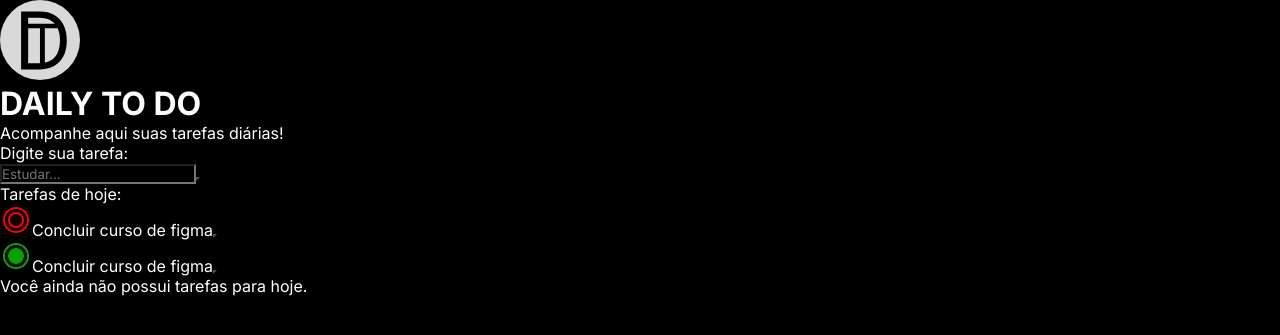
Repository: LuizAGDomingues/my-todoapp-vuejs
Page: /
These files come from the project's save history. The page is drawn as it stood at one moment and after the next save; the edit follows.
The browser window is 1280 px wide. The pictures show the whole page.
Some icons come from a web library that is not loaded, so they are not drawn. The project was rebuilt for these pictures with package versions that can differ from the ones it lists, and the page was loaded fresh each time. Also part of the build but not shown: vite.config.ts, src/components/EditModal.vue.

Above is the page before, as saved 2022-12-07 13:41:21.

### index.html
<!DOCTYPE html>
<html lang="en">
  <head>
    <meta charset="UTF-8">
    <link rel="icon" href="/favicon.ico">
    <link rel="preconnect" href="https://fonts.googleapis.com">
    <link rel="preconnect" href="https://fonts.gstatic.com" crossorigin>
    <link href="https://fonts.googleapis.com/css2?family=Inter:wght@400;600;700&family=Roboto&display=swap" rel="stylesheet">
    <meta name="viewport" content="width=device-width, initial-scale=1.0">
    <title>Todo Daily App</title>
    <script src="https://unpkg.com/phosphor-icons"></script>
  </head>
  <body>
    <div id="app"></div>
    <script type="module" src="/src/main.ts"></script>
  </body>
</html>

### src/main.ts
import { createApp } from 'vue'
import App from './App.vue'
import './sass/style.css'
import store from './store'


createApp(App).use(store).mount('#app')

### src/App.vue
<script lang="ts">
import Logo from './components/Logo.vue'
import Modal from './components/EditModal.vue'
import Radiobutton from './components/Radiobutton.vue'

export default {
  components: {
    Logo,
    Radiobutton,
    Modal,
  },
  name: "App",
  data(){
    return {
      title: '',
      openModal: false,
    }
  },
  methods: {
    addTodo(){
      if(!this.title){
        return false;
      }
      this.$store.commit('storeTodo', {
        title: this.title,
        isCompleted: false,
      })
      this.title = ''
    },
  },
}

</script>

<template>
  <div class="container">

    <header>
      <logo />
      <h1 class="title">DAILY TO DO</h1>
      <i class="ph-lightbulb logo-ph-size"></i>
    </header>

    <span class="subtitle">Acompanhe aqui suas tarefas diárias!</span>

    <form class="input" @submit.prevent="addTodo">
      <label class="input-label">Digite sua tarefa:</label>
      <div class="input-container">
        <i class="ph-notepad input-container-icon"></i>
        <input class="input-container-box" type="text" placeholder="Estudar..." v-model="title" />
        <button class="input-button" type="submit"><i class="ph-check-square input-button-icon"></i></button>
      </div>
    </form>

    <span>Tarefas de hoje:</span>

    <section class="tasks">
      <div class="tasks-container">
        <radiobutton />
        <span class="tasks-text-unchecked">Concluir curso de figma</span>
        <button class="tasks-timer">
          <i class="ph-timer"></i>
        </button>
      </div>
      <div class="tasks-container">
        <radiobutton checked/>
        <span class="tasks-text-checked">Concluir curso de figma</span>
        <button class="tasks-timer">
          <i class="ph-timer timer-checked"></i>
        </button>
      </div>
    </section>

    <section class="empty">
      <span class="empty-text">Você ainda não possui tarefas para hoje.</span>
    </section>

  </div>

  <Modal v-if="openModal" />

</template>

### src/sass/style.css
* {
  margin: 0;
  padding: 0;
  background-color: #000000;
  color: #ffffff;
  font-family: "Inter", sans-serif;
  -webkit-font-smoothing: antialiased;
}/*# sourceMappingURL=style_20221205105253.css.map */

### src/store/index.ts
import { createStore } from 'vuex'

interface StoreProps {
  id: number,
  title: string,
  isCompleted: boolean,
  timePass?: number,
}

export default createStore({
  state: {
    todos: <StoreProps[]>[]
  },
  mutations: {
    storeTodos( state, payload ){
      state.todos = payload;
    },
    storeTodo( state, payload ){
      const lastTodo = state.todos[state.todos.length - 1]
      if(lastTodo){
        payload.id = lastTodo.id + 1
      } else {
        payload.id = 0
      }
      state.todos.push(payload)
    },
    updateTodo( state, payload ){
      const index = state.todos.findIndex(todo => todo.id === payload.id);
      if(index >= 0){
        state.todos.splice(index, 1, payload);
      }
    },
    deleteTodo( state, id ){
      const index = state.todos.findIndex(todo => todo.id === id);
      if(index >= 0){
        state.todos.splice(index, 1);
      }
    },
  },
})

### src/components/Logo.vue
<template>
  <svg width="80" height="80" viewBox="0 0 100 100" fill="none" xmlns="http://www.w3.org/2000/svg">
    <circle cx="50" cy="50" r="50" fill="#D9D9D9"/>
    <path d="M48.8125 87H26.3693V14.2727H49.8068C56.8617 14.2727 62.8987 15.7287 67.9176 18.6406C72.9366 21.5289 76.7836 25.6837 79.4588 31.1051C82.134 36.5028 83.4716 42.9659 83.4716 50.4943C83.4716 58.0701 82.1222 64.5923 79.4233 70.0611C76.7244 75.5062 72.7945 79.6965 67.6335 82.6321C62.4725 85.544 56.1989 87 48.8125 87ZM35.1761 79.1875H48.2443C54.2576 79.1875 59.241 78.0275 63.1946 75.7074C67.1482 73.3873 70.0956 70.0848 72.0369 65.7997C73.9782 61.5147 74.9489 56.4129 74.9489 50.4943C74.9489 44.6231 73.9901 39.5687 72.0724 35.331C70.1548 31.0696 67.2902 27.8026 63.4787 25.5298C59.6671 23.2334 54.9205 22.0852 49.2386 22.0852H35.1761V79.1875Z" fill="black"/>
    <path d="M34.1971 35.2088V29.8182H71.8335V35.2088H56.0537V80H49.977V35.2088H34.1971Z" fill="black"/>
  </svg>
</template>

<script lang="ts">
export default{
  name: "Logo"
}
</script>

<style scoped>

</style>

### src/components/Radiobutton.vue
<template>

  <svg v-if="checked" width="32" height="32" viewBox="0 0 32 32" fill="none" xmlns="http://www.w3.org/2000/svg">
    <path d="M16 28C22.6274 28 28 22.6274 28 16C28 9.37258 22.6274 4 16 4C9.37258 4 4 9.37258 4 16C4 22.6274 9.37258 28 16 28Z" stroke="#03A500" stroke-width="2" stroke-linecap="round" stroke-linejoin="round"/>
    <path d="M16 23C19.866 23 23 19.866 23 16C23 12.134 19.866 9 16 9C12.134 9 9 12.134 9 16C9 19.866 12.134 23 16 23Z" fill="#03A500" stroke="#03A500" stroke-width="2" stroke-linecap="round" stroke-linejoin="round"/>
  </svg>
  <svg v-else width="32" height="32" viewBox="0 0 32 32" fill="none" xmlns="http://www.w3.org/2000/svg">
    <path d="M16 28C22.6274 28 28 22.6274 28 16C28 9.37258 22.6274 4 16 4C9.37258 4 4 9.37258 4 16C4 22.6274 9.37258 28 16 28Z" stroke="#FF0000" stroke-width="2" stroke-linecap="round" stroke-linejoin="round"/>
    <path d="M16 23C19.866 23 23 19.866 23 16C23 12.134 19.866 9 16 9C12.134 9 9 12.134 9 16C9 19.866 12.134 23 16 23Z" stroke="#FF0000" stroke-width="2" stroke-linecap="round" stroke-linejoin="round"/>
  </svg>

</template>

<script lang="ts">
export default {
  name: "Radiobutton",
  props: {
    checked: Boolean,
  },
}
</script>

<style scoped>
svg {
  cursor: pointer;
}
</style>

After the next save:
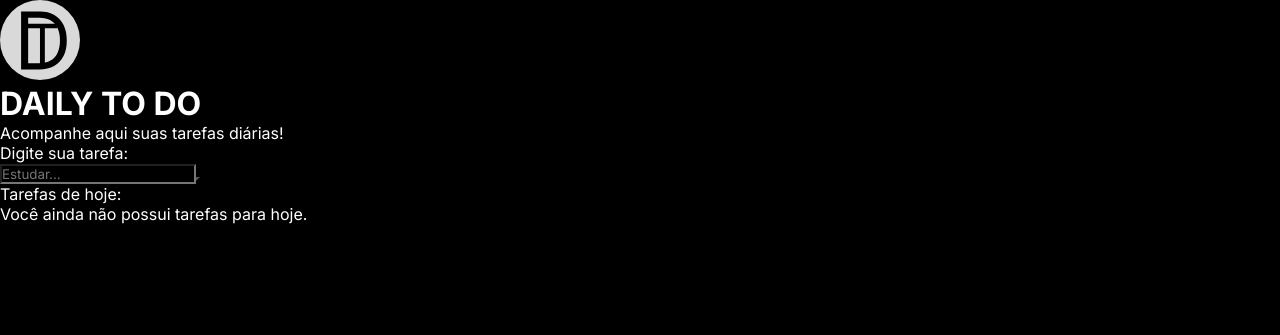
Saved 30 s later.
--- a/src/App.vue
+++ b/src/App.vue
@@ -54,7 +54,7 @@
 
     <span>Tarefas de hoje:</span>
 
-    <section class="tasks">
+    <section class="tasks" v-if="$store.state.todos.length">
       <div class="tasks-container">
         <radiobutton />
         <span class="tasks-text-unchecked">Concluir curso de figma</span>
